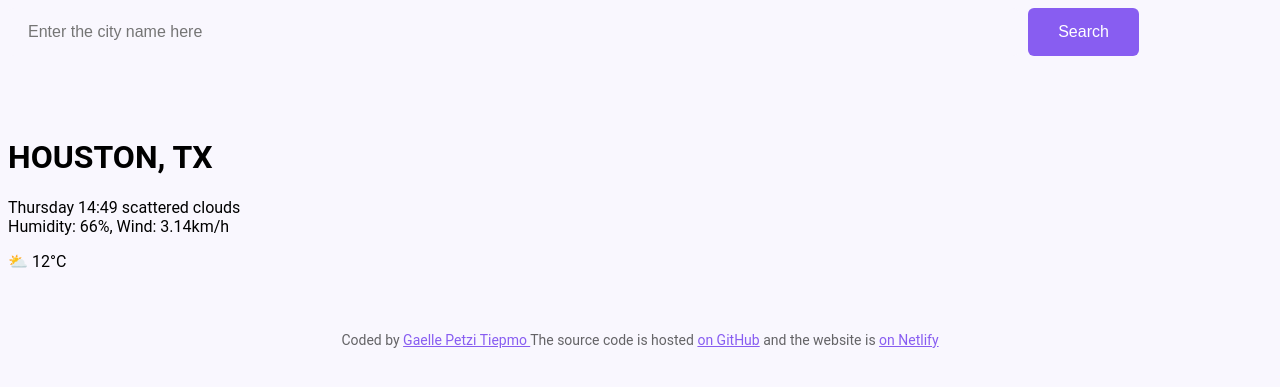
Repository: OnwardForward/meteo.by.gaelle
Page: meteo.appbygaelle.html
The author's editor kept a copy of each file at every save. The page is drawn from the files as they stood at one save, then again after the next save.
The browser window is 1280 px wide. The pictures show the whole page.

Above is the page before, as saved 2024-04-18 15:22:49.

After the next save:
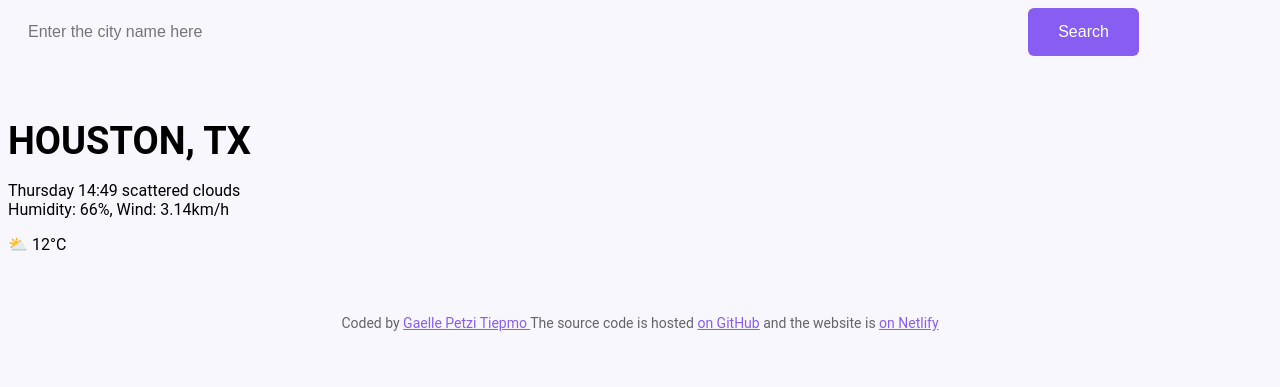
Saved 31 s later.
--- a/meteo.appbygaelle.html
+++ b/meteo.appbygaelle.html
@@ -16,7 +16,7 @@
    <main>
     <div class="meteo-app-data"></div>
     <div>
-        <h1>HOUSTON, TX</h1>
+        <h1 class="weather-app-city">HOUSTON, TX</h1>
         <p>
             Thursday 14:49 scattered clouds
             <br />
